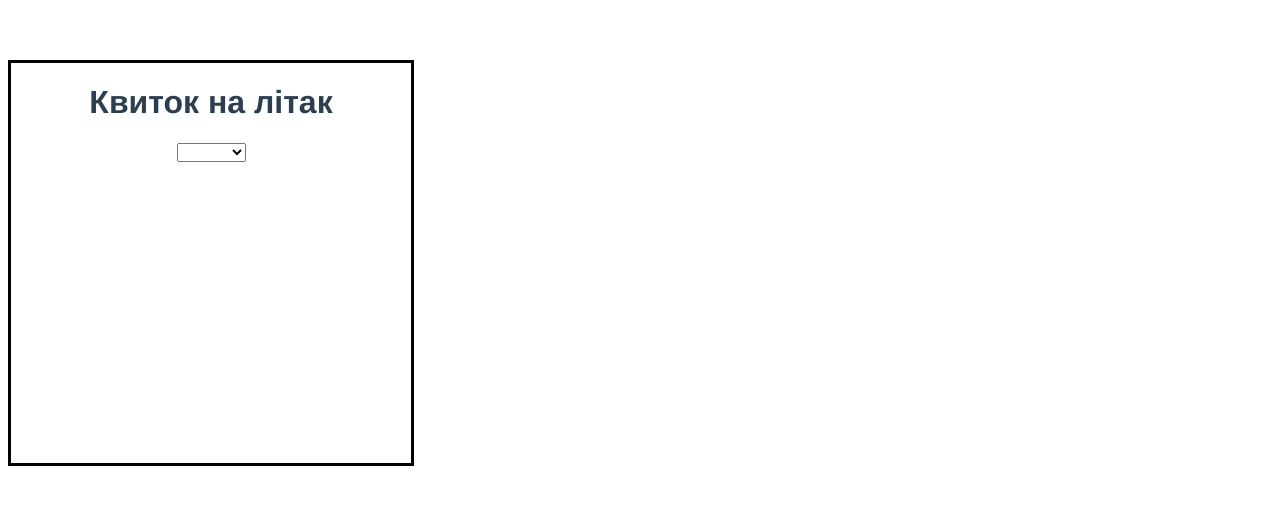
Repository: Salexandraa/HOME_Subotina
Page: / (app in plane-tickets/)
These files come from the project's save history. The page is drawn as it stood at one moment and after the next save; the edit follows.
The browser window is 1280 px wide. The pictures show the whole page.
The project was rebuilt for these pictures with package versions that can differ from the ones it lists, and the page was loaded fresh each time.

Above is the page before, as saved 2020-10-11 09:50:18.

### plane-tickets/src/App.vue
<template>
  <div id="app">
   <ticket
   title="Квиток на літак"
   />
  </div>
</template>

<script>
import Ticket from './components/Ticket'

export default {
  name: 'App',
  components: {
    Ticket
  }
}
</script>

<style>
#app {
  font-family: Avenir, Helvetica, Arial, sans-serif;
  -webkit-font-smoothing: antialiased;
  -moz-osx-font-smoothing: grayscale;
  text-align: center;
  color: #2c3e50;
  margin-top: 60px;
}
</style>

### plane-tickets/src/components/Ticket/index.vue
<template>
    <div class="container">
        <div>
            <h1>{{title}}</h1>
        </div>
<div>
    <select v-model="chooseClass"> Оберіть клас
        <option value="business">Бізнес</option>
        <option value="econom">Економ</option>
    </select>
</div>

<div v-show="chooseClass === 'business'">
    <span>Газета
<input type="checkbox" value="newspaper" v-model="checkedNewspaper">
    </span>
    <span >Коньяк
<input type="checkbox" value="cognac" v-model="checkedCognac">
    </span>
    <div v-show="chooseCognac">
        <input type="checkbox" value="yes">
<input type="checkbox" value="no">
    </div>
</div>

<div v-show="chooseClass === 'econom'">
    <span>Пиво
<input type="checkbox" value="beer" v-model="checkedBeer">
    </span>
    <span >Чіпси
<input type="checkbox" value="chips" v-model="chekedChips">
    </span>
</div>
    </div>
</template>

<script>
// Задача 2. З випадаючого списку вибираємо клас квитка у літаку. Якщо
// 1) бізнес -  виводимо елементи для вибору газети та коньяку
// (якщо вибрано коньяк, то запропонувати закуску (так/ні)),
// 2) економ – виводимо елементи для вибору типу пива і чипсів.

    export default {
        name:"Tickets",
        props: {
            title: {
                type: String,
                default: ''
            },
            data() {
                return {
                    chooseCognac: null,
                    chooseClass:null,
                    checkedCognac:null,
                    checkedNewspaper:null
                }
            },
            methods: {
                name() {

                }
            },
        },

    }
</script>

<style lang="css" scoped>
.container{
    border: black solid;
    width: 400px;
    height: 400px;
}

</style>

Loaded but not shown: plane-tickets/public/index.html (common file); plane-tickets/src/main.js (common file)

After the next save:
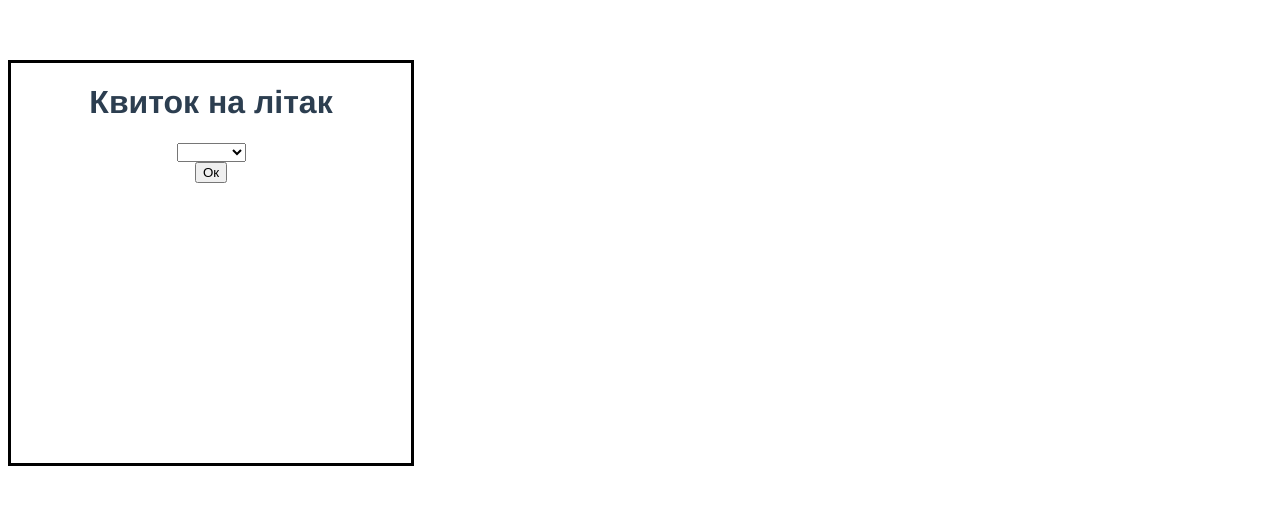
Saved 19 s later.
--- a/plane-tickets/src/components/Ticket/index.vue
+++ b/plane-tickets/src/components/Ticket/index.vue
@@ -31,6 +31,7 @@
 <input type="checkbox" value="chips" v-model="chekedChips">
     </span>
 </div>
+<button>Ок</button>
     </div>
 </template>
 
